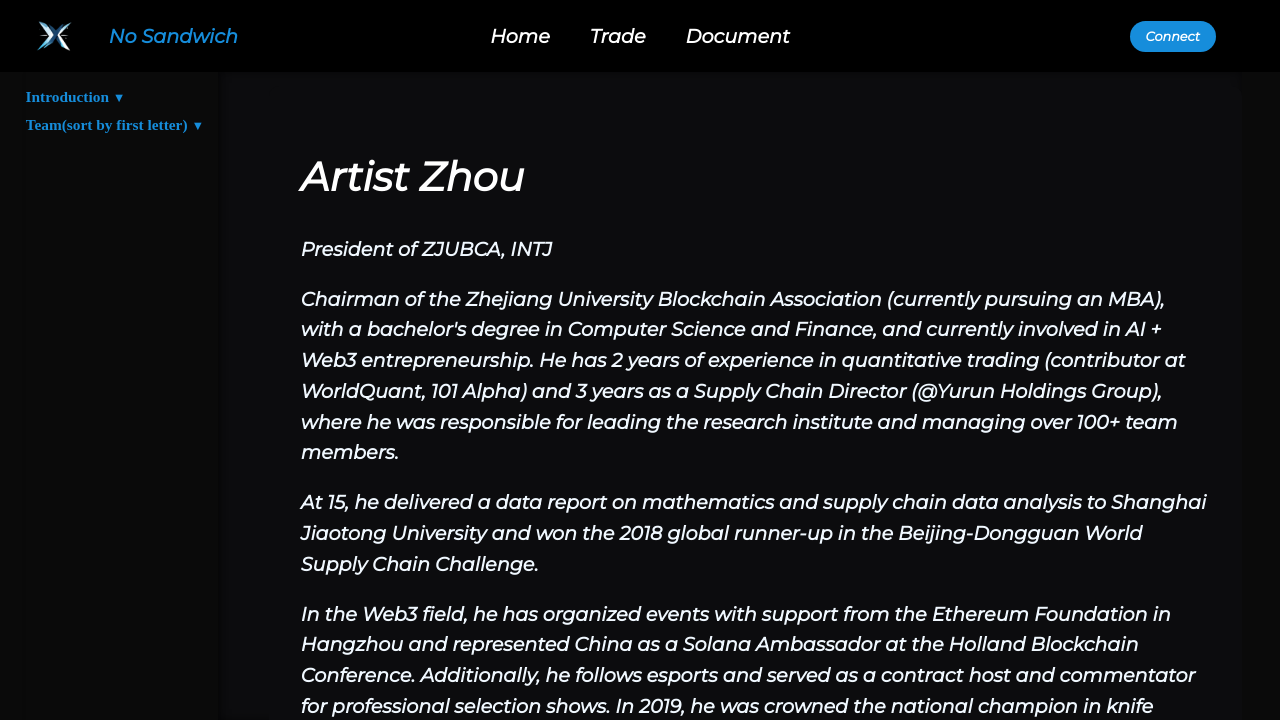
Repository: TreapGoGo/hackathon-2024-10-13
Page: /document/section/2/1 (app in Web/NoSandwichSwapPair_Web/)
The author's editor kept a copy of each file at every save. The page is drawn from the files as they stood at one save, then again after the next save.
The browser window is 1280 px wide. The pictures show the whole page.
An inner scrolling area shows only its first screen. The project was rebuilt for these pictures with package versions that can differ from the ones it lists, and the page was loaded fresh each time. Also part of the build but not shown: Web/NoSandwichSwapPair_Web/vite.config.js, Web/NoSandwichSwapPair_Web/src/components/documents/Introduction_1.vue, Web/NoSandwichSwapPair_Web/src/components/documents/Introduction_2.vue, Web/NoSandwichSwapPair_Web/src/components/documents/Team_2.vue, Web/NoSandwichSwapPair_Web/src/components/documents/Team_3.vue, Web/NoSandwichSwapPair_Web/src/components/documents/Team_4.vue, Web/NoSandwichSwapPair_Web/src/components/documents/Team_5.vue, Web/NoSandwichSwapPair_Web/src/components/documents/Team_6.vue.

Above is the page before, as saved 2024-10-21 18:13:52.

After the next save:
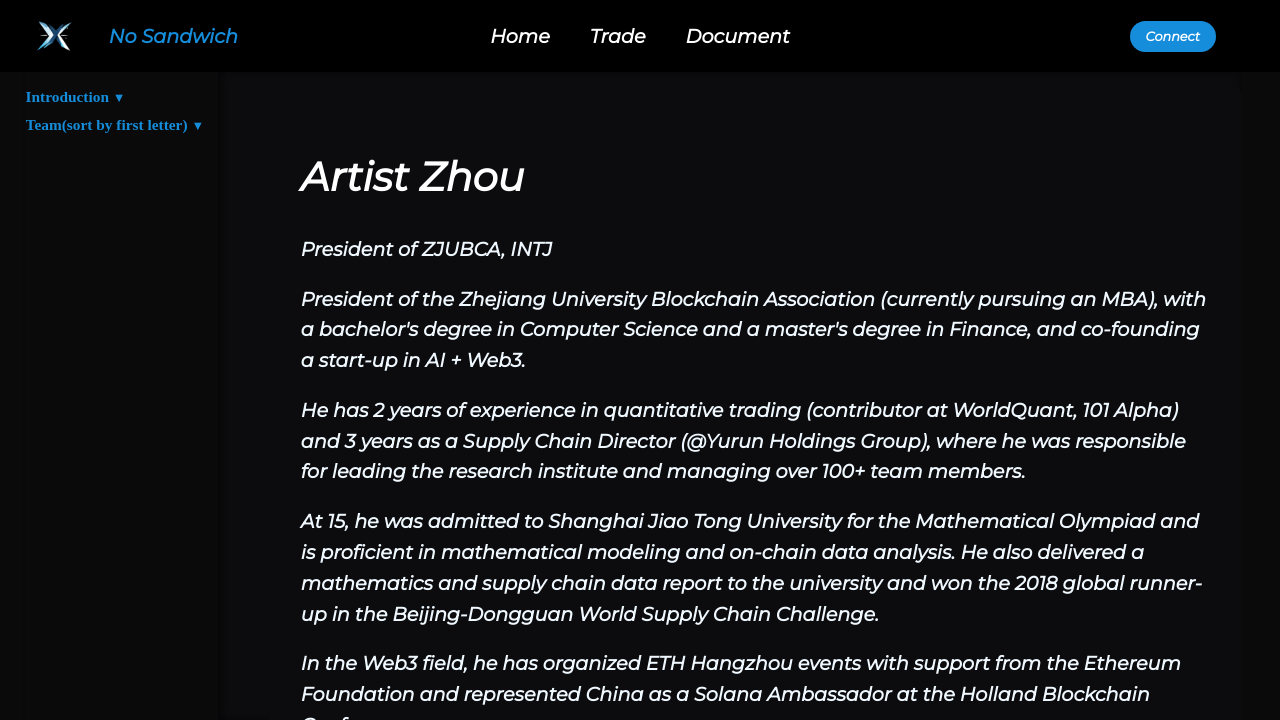
Saved 24 h 39 min later.
--- a/Web/NoSandwichSwapPair_Web/src/components/documents/Team_1.vue
+++ b/Web/NoSandwichSwapPair_Web/src/components/documents/Team_1.vue
@@ -1,16 +1,21 @@
-<!-- Introduction.vue -->
 <template>
   <div class="intro-container">
     <h2>Artist Zhou</h2>
     <p><strong>President of ZJUBCA, INTJ</strong></p>
     <p>
-      Chairman of the Zhejiang University Blockchain Association (currently pursuing an MBA), with a bachelor's degree in Computer Science and Finance, and currently involved in AI + Web3 entrepreneurship. He has 2 years of experience in quantitative trading (contributor at WorldQuant, 101 Alpha) and 3 years as a Supply Chain Director (@Yurun Holdings Group), where he was responsible for leading the research institute and managing over 100+ team members.
+      President of the Zhejiang University Blockchain Association (currently pursuing an MBA), with a bachelor's degree in Computer Science and a master's degree in Finance, and co-founding a start-up in AI + Web3.
     </p>
     <p>
-      At 15, he delivered a data report on mathematics and supply chain data analysis to Shanghai Jiaotong University and won the 2018 global runner-up in the Beijing-Dongguan World Supply Chain Challenge.
+      He has 2 years of experience in quantitative trading (contributor at WorldQuant, 101 Alpha) and 3 years as a Supply Chain Director (@Yurun Holdings Group), where he was responsible for leading the research institute and managing over 100+ team members.
     </p>
     <p>
-      In the Web3 field, he has organized events with support from the Ethereum Foundation in Hangzhou and represented China as a Solana Ambassador at the Holland Blockchain Conference. Additionally, he follows esports and served as a contract host and commentator for professional selection shows. In 2019, he was crowned the national champion in knife chess.
+      At 15, he was admitted to Shanghai Jiao Tong University for the Mathematical Olympiad and is proficient in mathematical modeling and on-chain data analysis. He also delivered a mathematics and supply chain data report to the university and won the 2018 global runner-up in the Beijing-Dongguan World Supply Chain Challenge.
+    </p>
+    <p>
+      In the Web3 field, he has organized ETH Hangzhou events with support from the Ethereum Foundation and represented China as a Solana Ambassador at the Holland Blockchain Conference.
+    </p>
+    <p>
+      Additionally, he follows esports and has been a professional player, contract host, and commentator for selection shows. In 2019, he was crowned the national champion in Dota AutoChess.
     </p>
     <p>Twitter: @Artistzhou</p>
   </div>
